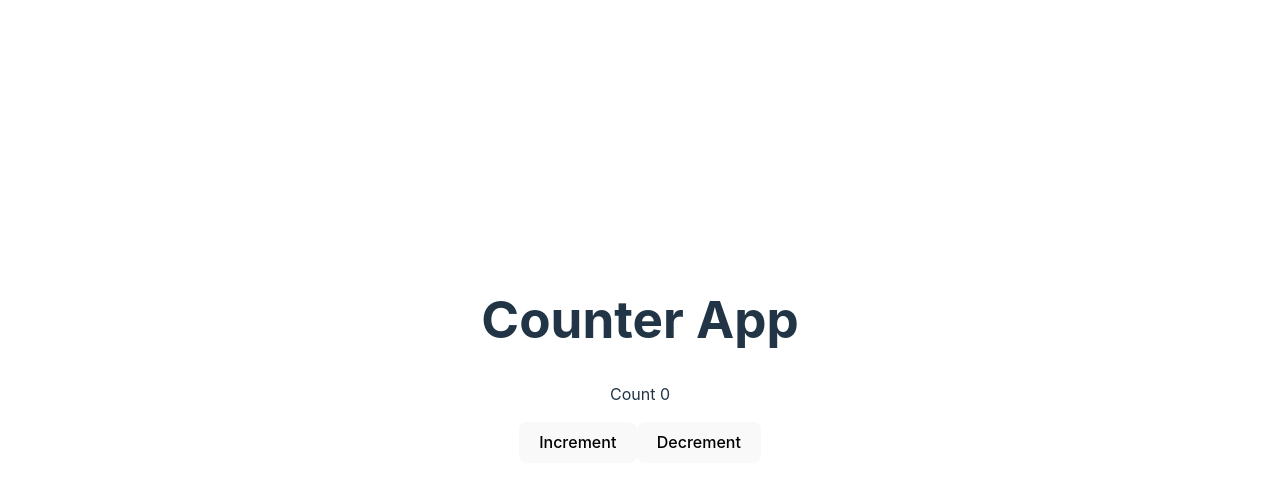
Repository: rajratangm/xcounter
Page: / (app in counter/)
These files come from the project's save history. The page is drawn as it stood at one moment and after the next save; the edit follows.
The browser window is 1280 px wide. The pictures show the whole page.
The project was rebuilt for these pictures with package versions that can differ from the ones it lists, and the page was loaded fresh each time. Also part of the build but not shown: counter/vite.config.js.

Above is the page before, as saved 2024-04-02 17:31:40.

After the next save:
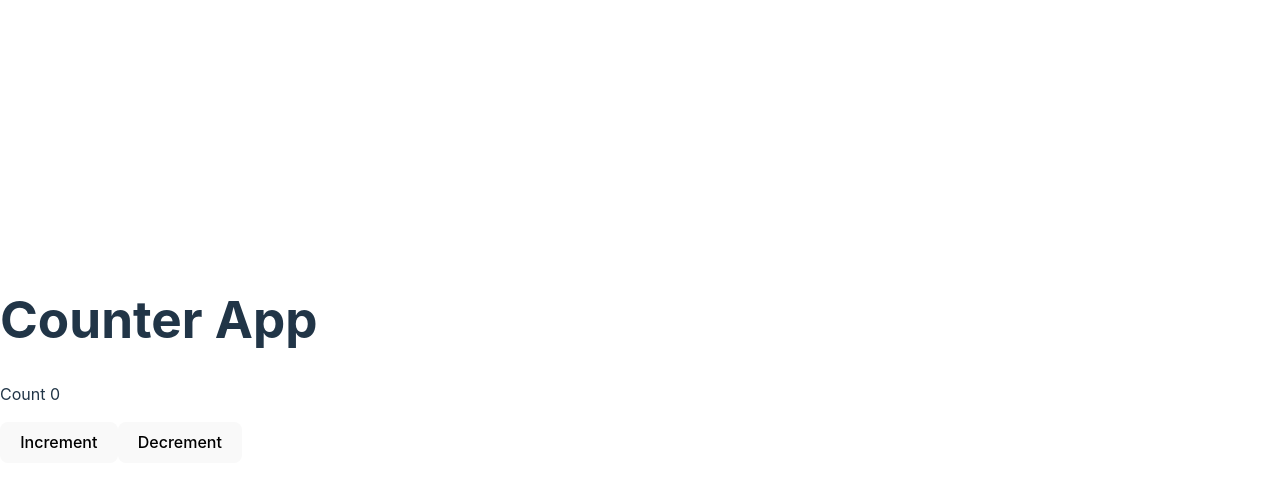
Saved 55 s later.
--- a/counter/src/App.jsx
+++ b/counter/src/App.jsx
@@ -1,7 +1,5 @@
 import { useState } from 'react'
-import reactLogo from './assets/react.svg'
-import viteLogo from '/vite.svg'
-import './App.css'
+
 
 function App() {
   const [count, setCount] = useState(0)
